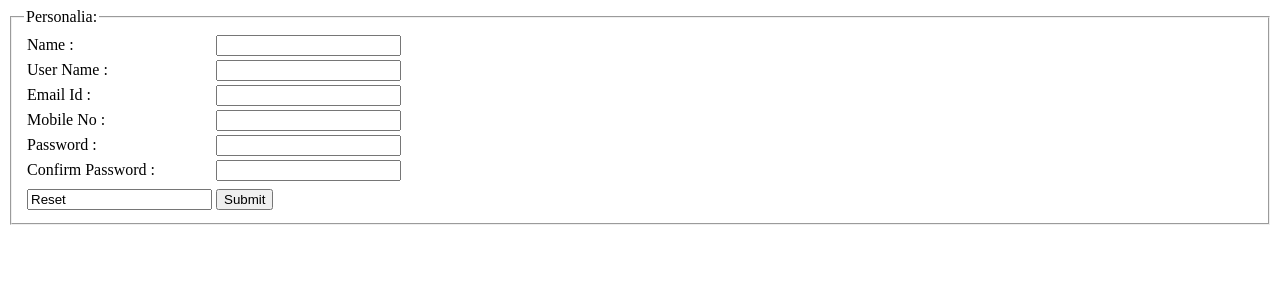
Repository: nosranijuned/WebRegister
Page: WebRegister/WebContent/view/RegistrationPage.html
The author's editor kept a copy of each file at every save. The page is drawn from the files as they stood at one save, then again after the next save.
The browser window is 1280 px wide. The pictures show the whole page.

Above is the page before, as saved 2019-03-12 06:24:03.

### WebRegister/WebContent/view/RegistrationPage.html
<!DOCTYPE html>
<html>
<head>
<meta charset="ISO-8859-1">
<title>Insert title here</title>
</head>
<body>
<form action="">
	<fieldset>
  		<legend>Personalia:</legend>
		<table>
			<tr><td>Name : </td><td><input type="text" name="name"></td></tr>
			<tr><td>User Name : </td><td><input type="text" name="uname"></td></tr>
			<tr><td>Email Id : </td><td><input type="email" name="email"></td></tr>
			<tr><td>Mobile No : </td><td><input type="text" name="mobile"></td></tr>
			<tr><td>Password : </td><td><input type="password" name="pass"></td></tr>
			<tr><td>Confirm Password :</td><td><input type="password" name="cpass"></td></tr>
			<tr><td></td><td></td></tr>
			<tr><td><input type="text" value="Reset"></td><td><input type="submit" value="Submit"></td></tr>
		</table>
	</fieldset>
</form>
</body>
</html>

After the next save:
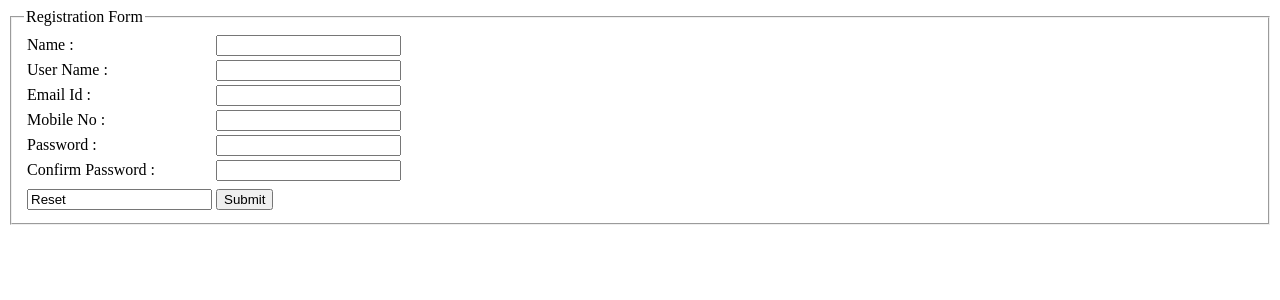
Saved 22 s later.
--- a/WebRegister/WebContent/view/RegistrationPage.html
+++ b/WebRegister/WebContent/view/RegistrationPage.html
@@ -7,7 +7,7 @@
 <body>
 <form action="">
 	<fieldset>
-  		<legend>Personalia:</legend>
+  		<legend>Registration Form</legend>
 		<table>
 			<tr><td>Name : </td><td><input type="text" name="name"></td></tr>
 			<tr><td>User Name : </td><td><input type="text" name="uname"></td></tr>
